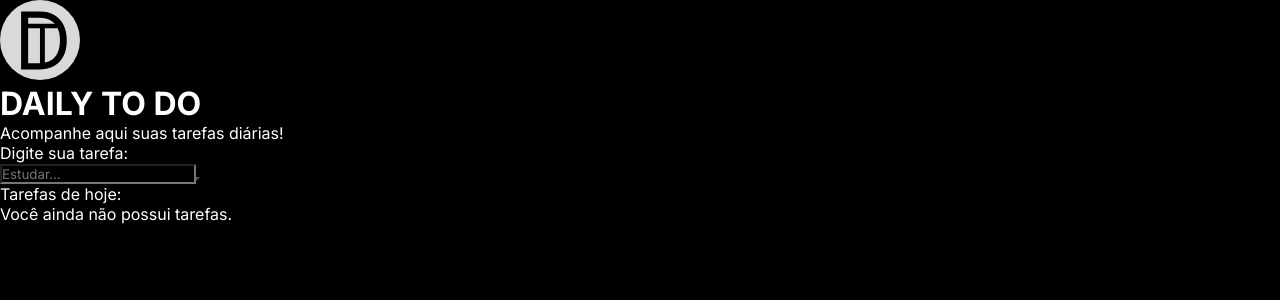
Repository: LuizAGDomingues/my-todoapp-vuejs
Page: /
An editor plug-in stored every save of this project. The page is shown before and after a run of saves, followed by the edit.
The browser window is 1280 px wide. The pictures show the whole page.
Some icons come from a web library that is not loaded, so they are not drawn. The project was rebuilt for these pictures with package versions that can differ from the ones it lists, and the page was loaded fresh each time. Also part of the build but not shown: vite.config.ts.

Above is the page before, as saved 2022-12-07 14:04:06.

### index.html
<!DOCTYPE html>
<html lang="en">
  <head>
    <meta charset="UTF-8">
    <link rel="icon" href="/favicon.ico">
    <link rel="preconnect" href="https://fonts.googleapis.com">
    <link rel="preconnect" href="https://fonts.gstatic.com" crossorigin>
    <link href="https://fonts.googleapis.com/css2?family=Inter:wght@400;600;700&family=Roboto&display=swap" rel="stylesheet">
    <meta name="viewport" content="width=device-width, initial-scale=1.0">
    <title>Todo Daily App</title>
    <script src="https://unpkg.com/phosphor-icons"></script>
  </head>
  <body>
    <div id="app"></div>
    <script type="module" src="/src/main.ts"></script>
  </body>
</html>

### src/main.ts
import { createApp } from 'vue'
import App from './App.vue'
import './sass/style.css'
import store from './store'


createApp(App).use(store).mount('#app')

### src/App.vue
<script lang="ts">
import Logo from './components/Logo.vue'
import Modal from './components/EditModal.vue'
import Radiobutton from './components/Radiobutton.vue'

export default {
  components: {
    Logo,
    Radiobutton,
    Modal,
  },
  name: "App",
  data(){
    return {
      title: '',
      openModal: false,
    }
  },
  methods: {
    addTodo(){
      if(!this.title){
        return false;
      }
      this.$store.commit('storeTodo', {
        title: this.title,
        isCompleted: false,
      })
      this.title = ''
    },
  },
}

</script>

<template>
  <div class="container">

    <header>
      <logo />
      <h1 class="title">DAILY TO DO</h1>
      <i class="ph-lightbulb logo-ph-size"></i>
    </header>

    <span class="subtitle">Acompanhe aqui suas tarefas diárias!</span>

    <form class="input" @submit.prevent="addTodo">
      <label class="input-label">Digite sua tarefa:</label>
      <div class="input-container">
        <i class="ph-notepad input-container-icon"></i>
        <input class="input-container-box" type="text" placeholder="Estudar..." v-model="title" />
        <button class="input-button" type="submit"><i class="ph-check-square input-button-icon"></i></button>
      </div>
    </form>

    <span>Tarefas de hoje:</span>

    <section class="tasks" v-if="$store.state.todos.length">

      <div class="tasks-container" v-for="todo in $store.state.todo" :key="todo.id">
        <radiobutton :checked="todo.isCompleted" />
        <span class="tasks-text-unchecked">{{todo.title}}</span>
        <button class="tasks-timer">
          <i class="ph-timer"></i>
        </button>
      </div>

      <div class="tasks-container">
        <radiobutton />
        <span class="tasks-text-unchecked">Concluir curso de figma</span>
        <button class="tasks-timer">
          <i class="ph-timer"></i>
        </button>
      </div>
      <div class="tasks-container">
        <radiobutton checked/>
        <span class="tasks-text-checked">Concluir curso de figma</span>
        <button class="tasks-timer">
          <i class="ph-timer timer-checked"></i>
        </button>
      </div>
    </section>

    <section class="empty" v-else>
      <span class="empty-text">Você ainda não possui tarefas.</span>
    </section>

  </div>

  <Modal v-if="openModal" />

</template>

### src/sass/style.css
* {
  margin: 0;
  padding: 0;
  background-color: #000000;
  color: #ffffff;
  font-family: "Inter", sans-serif;
  -webkit-font-smoothing: antialiased;
}/*# sourceMappingURL=style_20221205105253.css.map */

### src/store/index.ts
import { createStore } from 'vuex'

interface StoreProps {
  id: number,
  title: string,
  isCompleted: boolean,
  timePass?: number,
}

export default createStore({
  state: {
    todos: <StoreProps[]>[]
  },
  mutations: {
    storeTodos( state, payload ){
      state.todos = payload;
    },
    storeTodo( state, payload ){
      const lastTodo = state.todos[state.todos.length - 1]
      if(lastTodo){
        payload.id = lastTodo.id + 1
      } else {
        payload.id = 0
      }
      state.todos.push(payload)
    },
    updateTodo( state, payload ){
      const index = state.todos.findIndex(todo => todo.id === payload.id);
      if(index >= 0){
        state.todos.splice(index, 1, payload);
      }
    },
    deleteTodo( state, id ){
      const index = state.todos.findIndex(todo => todo.id === id);
      if(index >= 0){
        state.todos.splice(index, 1);
      }
    },
  },
})

### src/components/Logo.vue
<template>
  <svg width="80" height="80" viewBox="0 0 100 100" fill="none" xmlns="http://www.w3.org/2000/svg">
    <circle cx="50" cy="50" r="50" fill="#D9D9D9"/>
    <path d="M48.8125 87H26.3693V14.2727H49.8068C56.8617 14.2727 62.8987 15.7287 67.9176 18.6406C72.9366 21.5289 76.7836 25.6837 79.4588 31.1051C82.134 36.5028 83.4716 42.9659 83.4716 50.4943C83.4716 58.0701 82.1222 64.5923 79.4233 70.0611C76.7244 75.5062 72.7945 79.6965 67.6335 82.6321C62.4725 85.544 56.1989 87 48.8125 87ZM35.1761 79.1875H48.2443C54.2576 79.1875 59.241 78.0275 63.1946 75.7074C67.1482 73.3873 70.0956 70.0848 72.0369 65.7997C73.9782 61.5147 74.9489 56.4129 74.9489 50.4943C74.9489 44.6231 73.9901 39.5687 72.0724 35.331C70.1548 31.0696 67.2902 27.8026 63.4787 25.5298C59.6671 23.2334 54.9205 22.0852 49.2386 22.0852H35.1761V79.1875Z" fill="black"/>
    <path d="M34.1971 35.2088V29.8182H71.8335V35.2088H56.0537V80H49.977V35.2088H34.1971Z" fill="black"/>
  </svg>
</template>

<script lang="ts">
export default{
  name: "Logo"
}
</script>

<style scoped>

</style>

### src/components/EditModal.vue
<template>
  <div class="modal-container">
    <button class="modal-close">
      <i class="ph-x-circle"></i>
    </button>
    <h2 class="modal-text">Edite sua tarefa ou exclua</h2>
    <form action="submit">
      <i class="ph-note-pencil icon-pencil"></i>
      <input type="text" placeholder="Edite sua tarefa..." />
      <i class="ph-check icon-check"></i>
      <i class="ph-trash icon-trash"></i>
    </form>
  </div>
</template>

<script lang="ts">
export default {
name: "Modal"
}
</script>

<style scoped>

.modal-container {
  position: absolute;
  left: 50%;
  top: 50%;
  transform: translate(-50%, -50%);
  height: 280px;
  width: 494px;
  background-color: #1e1e1e;
  border-radius: 8px;
  border: 2px solid #d10132;
  padding: 26px;
}
.modal-close {
  border: none;
  background: transparent;
  display: flex;
  align-items: center;
  justify-content: end;
  border-radius: 100%;
  margin-left: auto;
}
.modal-close i {
  font-size: 32px;
  cursor: pointer;
}
.modal-close i:hover {
  color: #FF003D;
  transition: 300ms;
}
.modal-text {
  margin-top: 6px;
  margin-bottom: 48px;
  font-family: 'Inter';
  font-weight: semibold;
  font-size: 1.25rem;
  display: flex;
  align-items: center;
  justify-content: center;
}

form {
  display: flex;
  align-items: center;
}

form .icon-pencil {
  font-size: 32px;
  position: absolute;
  color: #000000;
  margin-left: 8px;
}

form input {
  height: 100%;
  width: 100%;
  background-color: #d0d0d0;
  border-radius: 8px;
  padding: 13px 52px;
  border: 1px solid #000000;
  font-family: 'Roboto';
  font-size: 1rem;
}

form input::placeholder {
  color: #4f4f4f;
  font-family: 'Roboto';
  font-size: 1rem;
}

form .icon-check {
  font-size: 32px;
  position: absolute;
  color: #000000;
  margin-left: 400px;
}

form .icon-trash {
  font-size: 32px;
  color: #FF0000;
  margin-left: 16px;
}

</style>

### src/components/Radiobutton.vue
<template>

  <svg v-if="checked" width="32" height="32" viewBox="0 0 32 32" fill="none" xmlns="http://www.w3.org/2000/svg">
    <path d="M16 28C22.6274 28 28 22.6274 28 16C28 9.37258 22.6274 4 16 4C9.37258 4 4 9.37258 4 16C4 22.6274 9.37258 28 16 28Z" stroke="#03A500" stroke-width="2" stroke-linecap="round" stroke-linejoin="round"/>
    <path d="M16 23C19.866 23 23 19.866 23 16C23 12.134 19.866 9 16 9C12.134 9 9 12.134 9 16C9 19.866 12.134 23 16 23Z" fill="#03A500" stroke="#03A500" stroke-width="2" stroke-linecap="round" stroke-linejoin="round"/>
  </svg>
  <svg v-else width="32" height="32" viewBox="0 0 32 32" fill="none" xmlns="http://www.w3.org/2000/svg">
    <path d="M16 28C22.6274 28 28 22.6274 28 16C28 9.37258 22.6274 4 16 4C9.37258 4 4 9.37258 4 16C4 22.6274 9.37258 28 16 28Z" stroke="#FF0000" stroke-width="2" stroke-linecap="round" stroke-linejoin="round"/>
    <path d="M16 23C19.866 23 23 19.866 23 16C23 12.134 19.866 9 16 9C12.134 9 9 12.134 9 16C9 19.866 12.134 23 16 23Z" stroke="#FF0000" stroke-width="2" stroke-linecap="round" stroke-linejoin="round"/>
  </svg>

</template>

<script lang="ts">
export default {
  name: "Radiobutton",
  props: {
    checked: Boolean,
  },
}
</script>

<style scoped>
svg {
  cursor: pointer;
}
</style>

After the next 3 saves:
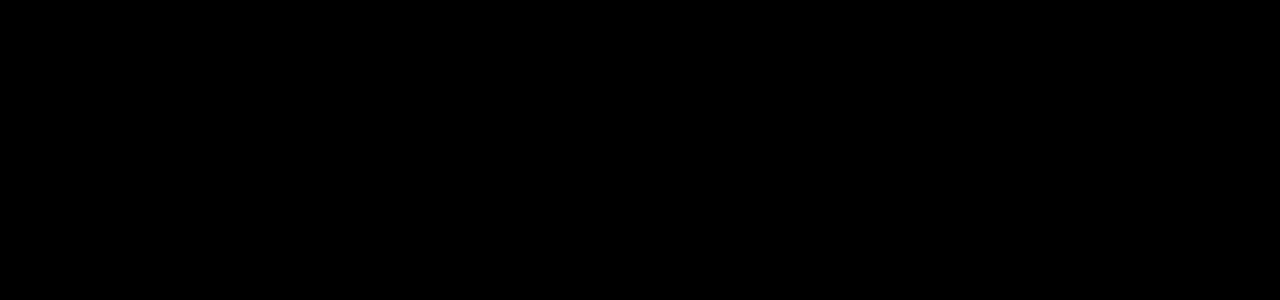
Console error: TypeError: Cannot read properties of undefined (reading 'title')
The 3 saves are shown as one change because 1 did not build or start and some came seconds apart.
The last was saved 53 s later.
--- a/src/App.vue
+++ b/src/App.vue
@@ -12,7 +12,7 @@
   name: "App",
   data(){
     return {
-      title: '',
+      title: this.$store.state.todo.title,
       openModal: false,
     }
   },

After the save that followed:
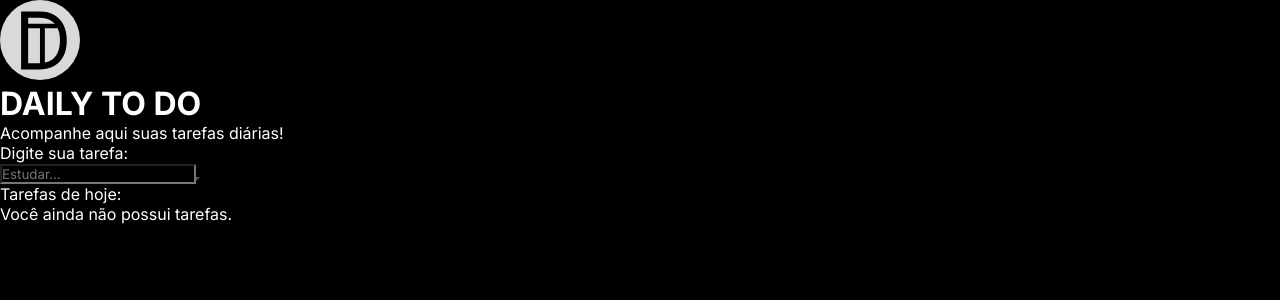
The error is gone.
Saved 12 s later.
--- a/src/App.vue
+++ b/src/App.vue
@@ -12,7 +12,7 @@
   name: "App",
   data(){
     return {
-      title: this.$store.state.todo.title,
+      title: '',
       openModal: false,
     }
   },
